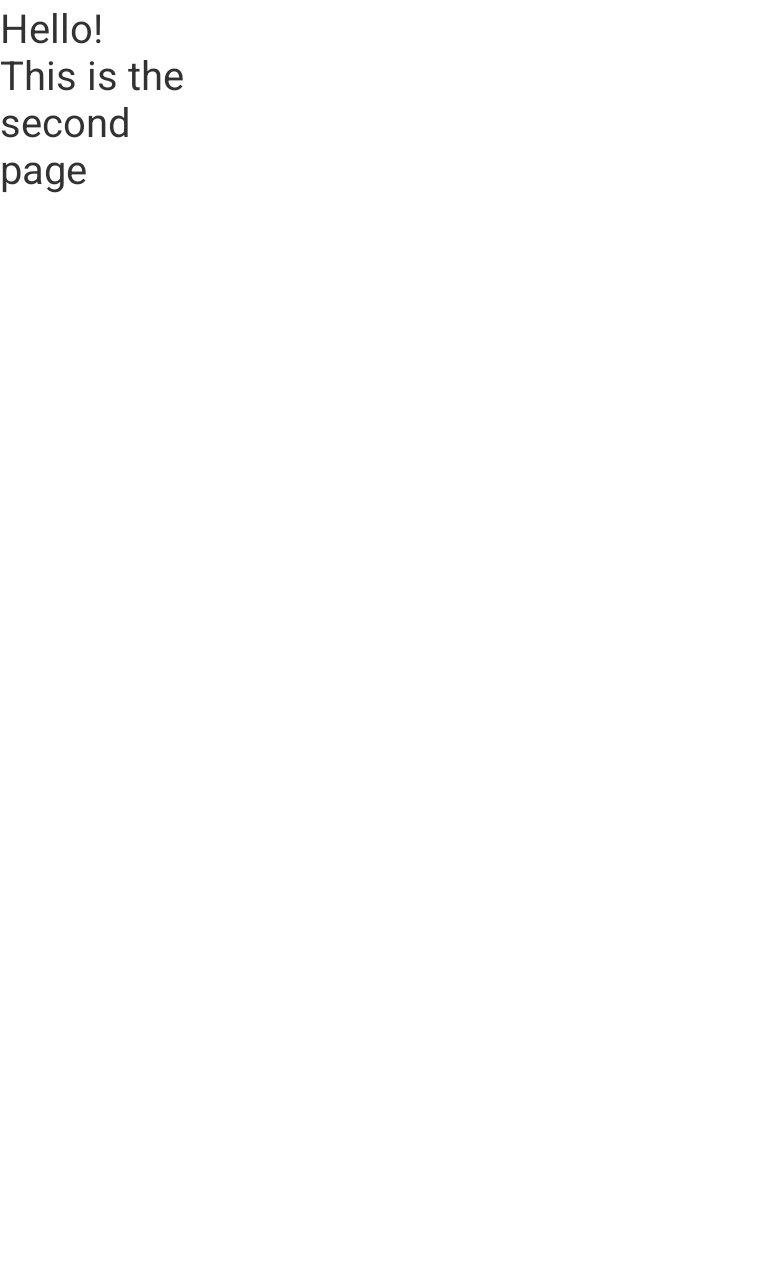
Repository: andreeacarmen/AndroidApp
Layout: MyApp/res/layout/new_activity.xml
The author's editor kept a copy of each file at every save. The layout is drawn from the files as they stood at one save, then again after the next save.
It is drawn on a 768 x 1280 px phone screen (xhdpi) without system bars, with theme AppTheme; the app's code is not run.

Above is the layout before, as saved 2014-07-02 08:53:08.

After the next save:
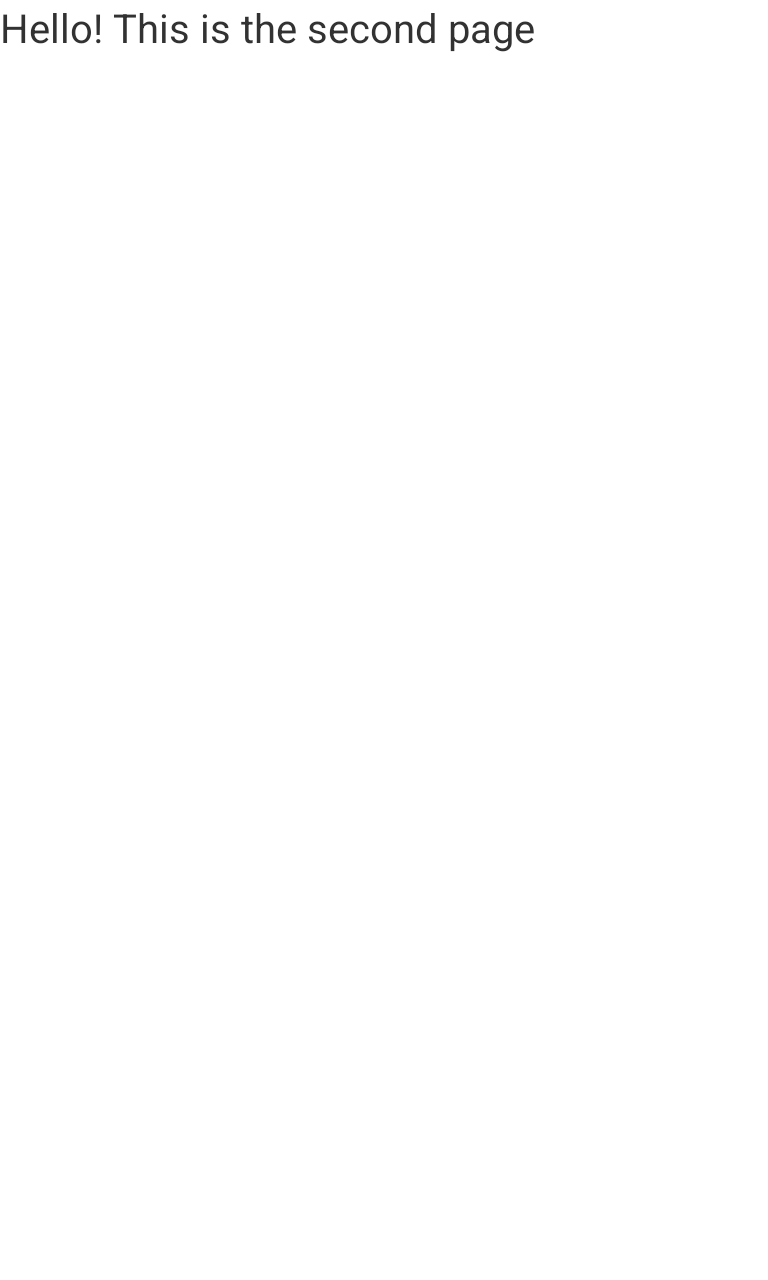
Saved 23 s later.
--- a/MyApp/res/layout/new_activity.xml
+++ b/MyApp/res/layout/new_activity.xml
@@ -7,7 +7,7 @@
    	<TextView
    	    android:text="Hello! This is the second page"
    	    android:textSize="20sp"
-   	    android:layout_width="100dp"
+   	    android:layout_width="wrap_content"
    	    android:layout_height="wrap_content"
    	    />
 
